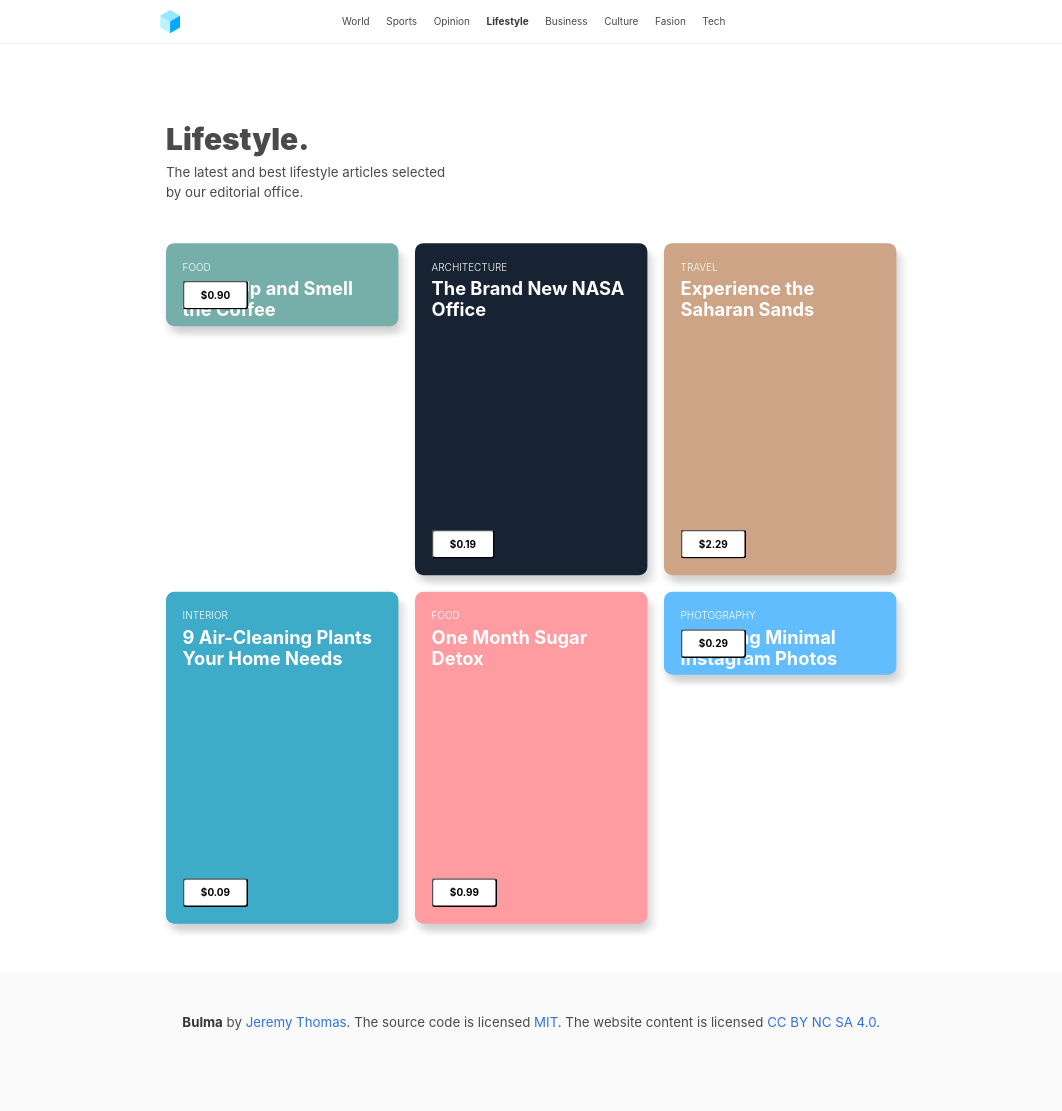
Repository: DOODpls/js_ass1
Page: index.html
An editor plug-in stored every save of this project. The page is shown before and after the next save, followed by the edit.
The browser window is 1280 px wide. The pictures show the whole page, at 83% of full size.

Above is the page before, as saved 2019-11-22 19:11:39.

### index.html
<!DOCTYPE html>
<html>
<head>
    <title></title>
    <link rel="stylesheet" href="https://cdnjs.cloudflare.com/ajax/libs/bulma/0.7.5/css/bulma.min.css" integrity="sha256-vK3UTo/8wHbaUn+dTQD0X6dzidqc5l7gczvH+Bnowwk=" crossorigin="anonymous" />
    <link rel="stylesheet" type="text/css" href="./styles.css">
</head>
<body>

    <nav class="navbar">
        <div class="container">
            <div class="logo"></div>
            <ul>
                <li>World</li>
                <li>Sports</li>
                <li>Opinion</li>
                <li><strong>Lifestyle</strong></li>
                <li>Business</li>
                <li>Culture</li>
                <li>Fasion</li>
                <li>Tech</li>
            </ul>
            <span class="icon">
              <i class="ion-ionic" style='color: black; background: black;'></i>
            </span>
        </div>
    </nav>

    <section class="section">
        <div class="container">
            <div style='margin: 40px 10px 40px'>
                <h1>Lifestyle.</h1>
                <p>The latest and best lifestyle articles selected<br/>
                    by our editorial office.
                </p>
            </div>
        </div>
        <div class="container">
            <div class='card-row' id='content'></div>
        </div>
    </section>

    <footer class="footer">
        <div class="content has-text-centered">
            <p>
                <strong>Bulma</strong> by <a href="https://jgthms.com">Jeremy Thomas</a>. The source code is licensed
                <a href="http://opensource.org/licenses/mit-license.php">MIT</a>. The website content
                is licensed <a href="http://creativecommons.org/licenses/by-nc-sa/4.0/">CC BY NC SA 4.0</a>.
            </p>
        </div>
    </footer>

    <script type="text/javascript" src='./app.js'></script>
</body>
</html>

### styles.css
/* - - - - - - - - - - - - - - - - - - - - - - - - - - - - - -
GENERAL
- - - - - - - - - - - - - - - - - - - - - - - - - - - - - - */
h1 {
    font-size: 36px;
    font-weight: 900;
}

.container {
    max-width: 900px;
}

/* - - - - - - - - - - - - - - - - - - - - - - - - - - - - - -
NAV
- - - - - - - - - - - - - - - - - - - - - - - - - - - - - - */
nav {
    border-bottom: 1px solid #ededed;
}

.navbar > .container {
    display: flex;
    align-items: center;
    justify-content: space-between;
}

nav .container ul {
    display: flex;
}

nav .container ul li {
    margin: 0 10px;
    font-size: 12px;
}

.logo {
    background: url('./img/logo.svg');
    background-size: 24px;
    background-position: center;
    background-repeat: no-repeat;

    height: 30px;
    width: 30px;
}

@media (max-width: 600px) {
    nav .container {
        padding: 0 30px;
    }

    nav .container ul {
        display: none;
    }
}

/* TILES */
.card-row {
    display: flex;
    flex-wrap: wrap;
}

.card {
    height: 280px;
    border-radius: 10px;
    background: rgba(23, 35, 50, 1);
    flex: 1 230px;
    margin: 10px;
    padding: 20px;
    position: relative;
    box-shadow: 2px 8px 9px 0px rgba(0, 0, 0, 0.14),
        11px 11px 6px rgba(0, 0, 0, 0.05);
}

.card .buy-button {
    position: absolute;
    bottom: 20px;
    left: 20px;
    background: white;
    color: black;
    border-radius: 4px;
    padding: 8px 20px;
    font-size: 12px;
    font-weight: 700;
}

.card .topic {
    color: white;
    font-weight: 300;
    font-size: 12px;
    text-transform: uppercase;
    margin-bottom: 5px;
}
.card .title {
    color: white;
    font-weight: 700;
    font-size: 22px;
}

### app.js
const green = 'rgba(118,174, 170, 1)'
const black = 'rgba(23,35, 50, 1)'
const brown = 'rgba(205,164, 133, 1)'
const greenblue = 'rgba(62,171, 201, 1)'
const pink = 'rgba(254,156, 161, 1)'
const blue = 'rgba(98,189, 254, 1)'

const data = [
    {
        topic: 'Food',
        title: 'Wake Up and Smell the Coffee',
        price: '$0.90',
        color: green
    },
    {
        topic: 'Architecture',
        title: 'The Brand New NASA Office',
        price: '$0.19',
        color: black
    },
    {
        topic: 'Travel',
        title: 'Experience the Saharan Sands',
        price: '$2.29',
        color: brown
    },
    {
        topic: 'Interior',
        title: '9 Air-Cleaning Plants Your Home Needs',
        price: '$0.09',
        color: greenblue
    },
    {
        topic: 'Food',
        title: 'One Month Sugar Detox',
        price: '$0.99',
        color: pink
    },
    {
        topic: 'Photography',
        title: 'Shooting Minimal Instagram Photos',
        price: '$0.29',
        color: blue
    }
]

// Instructions
// Take the data above and display it as tiles on the page
        //tried to do sort, but i suck
        // const button1 = document.querySelector('body section .container')
        // const btn1 = document.createElement('button')
        // btn1.className= 'buy-button'
        // btn1.id = "butt1"
        // button1.appendChild(btn1)

        // function sort1(){
        //     data.sort((a, b) => (a.topic > b.topic) ? 1 : -1)
        // }

        // const button2 = document.querySelector('#butt1')
        // button2.addEventListener('click', function(event) {
        //     sort1()
        // })

    for(i=0; i<data.length; i++){
        let heig


        const tilers = document.querySelector('#content')
        const divr = document.createElement('div')
        divr.className= 'card'
        divr.style.backgroundColor = data[i].color
        divr.style.height = heig
        divr.id = 'divtile'+ i
        tilers.appendChild(divr)
        if(i == 0){
          divr.style.width = "400px"
          divr.style.height = "100px"
        } else if(i == 5) {
          divr.style.width = "400px"
          divr.style.height = "100px"
        } else {
          divr.style.height = "400px"
          divr.style.width = "100px"
        }
        const p1 = document.querySelector('#divtile'+i)
        const pr1 = document.createElement('p')
        pr1.textContent = data[i].topic
        pr1.className= 'topic'
        p1.appendChild(pr1)

        const p2 = document.querySelector('#divtile'+i)
        const pr2 = document.createElement('p')
        pr2.textContent = data[i].title
        pr2.className= 'title'
        p2.appendChild(pr2)

        const btn1 = document.querySelector('#divtile'+i)
        const btr2 = document.createElement('button')
        btr2.textContent = data[i].price
        btr2.className= 'buy-button'
        btn1.appendChild(btr2)
    }

    // data.forEach(function(item)
    // {
    //     const tilers = document.querySelector('#content')
    //     const divr = document.createElement('div')
    //     divr.className = 'card'
    //     divr.style.backgroundColor = item.color
    //     tilers.appendChild(divr)

    //     const pr1 = document.createElement('p')
    //     pr1.textContent = item.topic
    //     pr1.className= 'topic'
    //     divr.appendChild(pr1)

    //     const pr2 = document.createElement('p')
    //     pr2.textContent = item.title
    //     pr2.className= 'title'
    //     divr.appendChild(pr2)

    //     const btr2 = document.createElement('button')
    //     btr2.textContent = item.price
    //     btr2.className= 'buy-button'
    //     divr.appendChild(btr2)
    // })


    //this one also works lolllll
    // data.forEach(function(items)
    // {
    // //   document.getElementById('content').innerHTML += '<div class="card" style="background-color:'+items.color+'"><p class="topic">'+items.topic+'</p><p class="title">'+items.title+'</p><button class="buy-button">'+items.price+'</button></div>';
    // })

After the next save:
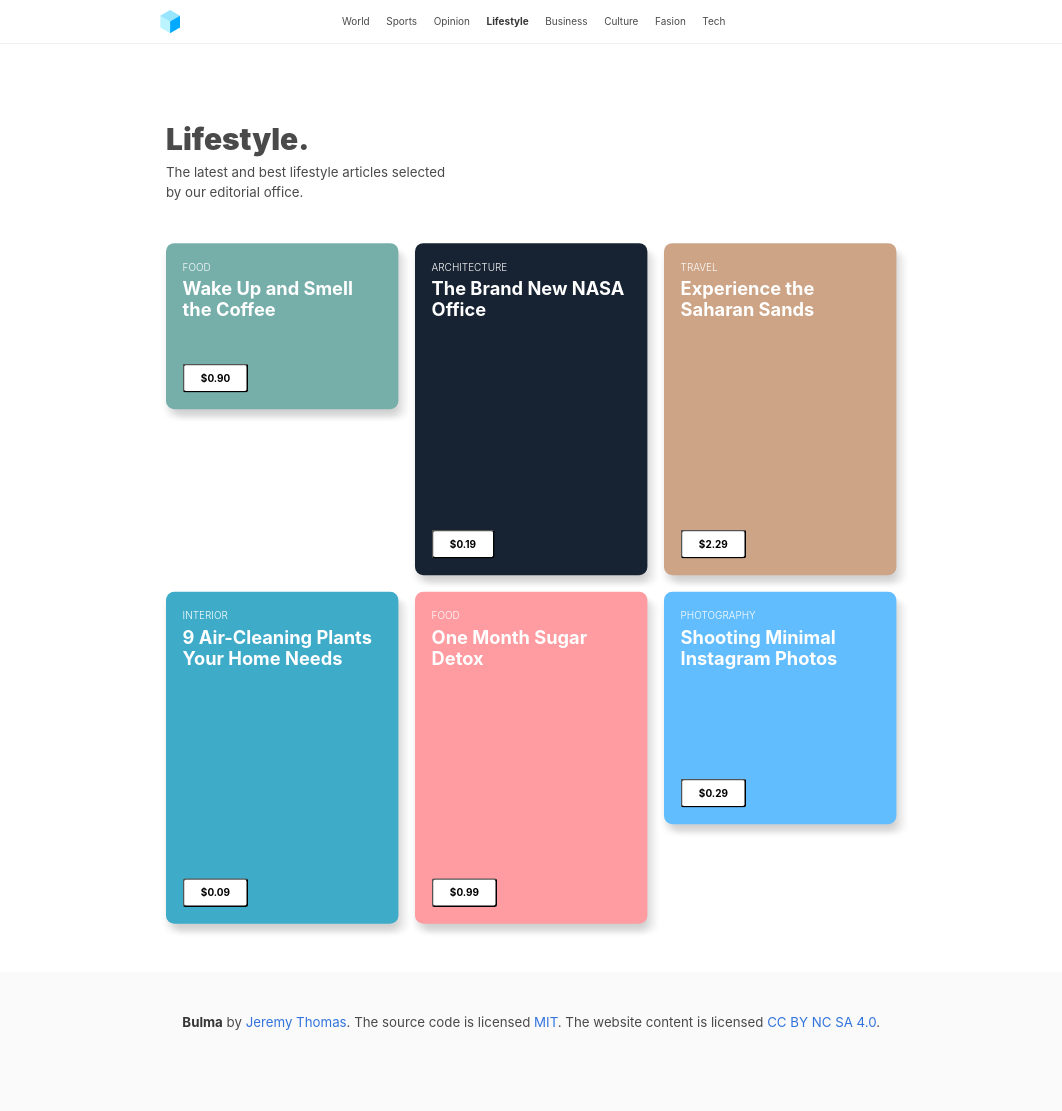
Saved 18 s later.
--- a/app.js
+++ b/app.js
@@ -75,10 +75,10 @@ const data = [
         tilers.appendChild(divr)
         if(i == 0){
           divr.style.width = "400px"
-          divr.style.height = "100px"
+          divr.style.height = "200px"
         } else if(i == 5) {
           divr.style.width = "400px"
-          divr.style.height = "100px"
+          divr.style.width = "200px"
         } else {
           divr.style.height = "400px"
           divr.style.width = "100px"
